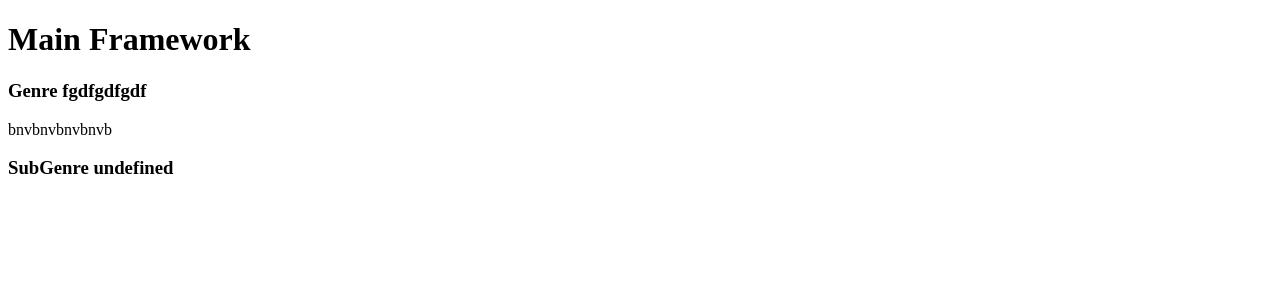
Repository: GregorPiev/angularjs-add-book
Page: index.html
The author's editor kept a copy of each file at every save. The page is drawn from the files as they stood at one save, then again after the next save.
The browser window is 1280 px wide. The pictures show the whole page.

Above is the page before, as saved 2020-09-23 16:14:44.

After the next save:
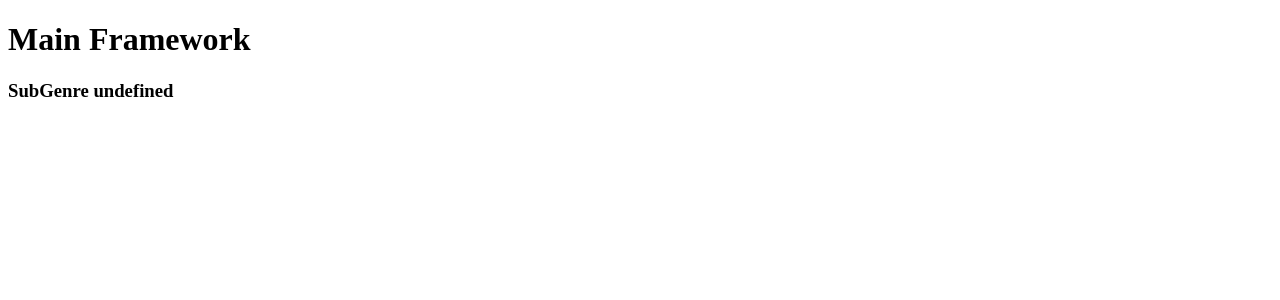
Saved 19 s later.
--- a/index.html
+++ b/index.html
@@ -11,7 +11,7 @@
 		<main>
 			<div ng-view></div>
 		</main>
-		<genre></genre>
+
 		<subgenre></subgenre>
 		<add-subgenre></add-subgenre>
 		<add-book></add-book>
